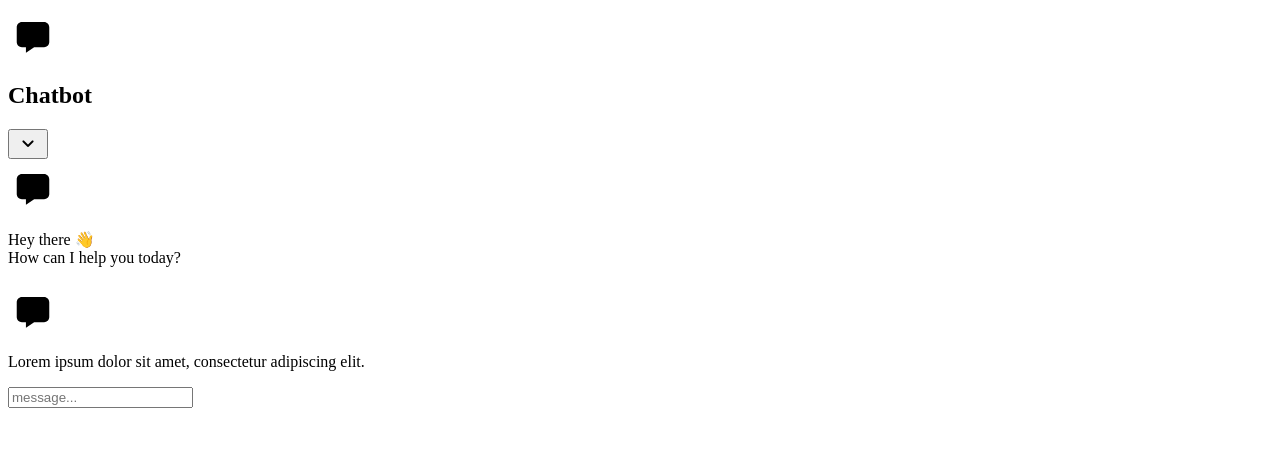
Repository: gogg23/chatbot
Page: / (app in chatbot/)
The author's editor kept a copy of each file at every save. The page is drawn from the files as they stood at one save, then again after the next save.
The browser window is 1280 px wide. The pictures show the whole page.
The project was rebuilt for these pictures with package versions that can differ from the ones it lists, and the page was loaded fresh each time. Also part of the build but not shown: chatbot/vite.config.js, chatbot/src/index.css.

Above is the page before, as saved 2025-01-09 12:35:46.

After the next save:
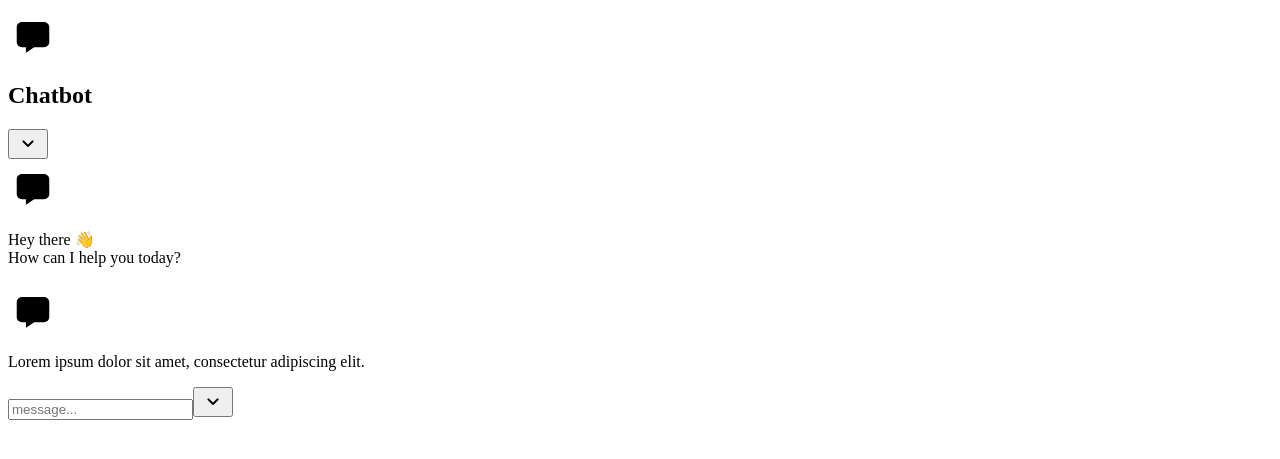
Saved 2 min 50 s later.
--- a/chatbot/src/App.jsx
+++ b/chatbot/src/App.jsx
@@ -40,6 +40,9 @@ const App = () => {
             className='message-input'
             required
           />
+          <button className='material-symbols-rounded'>
+            keyboard_arrow_down
+          </button>
         </div>
       </div>
     </div>
